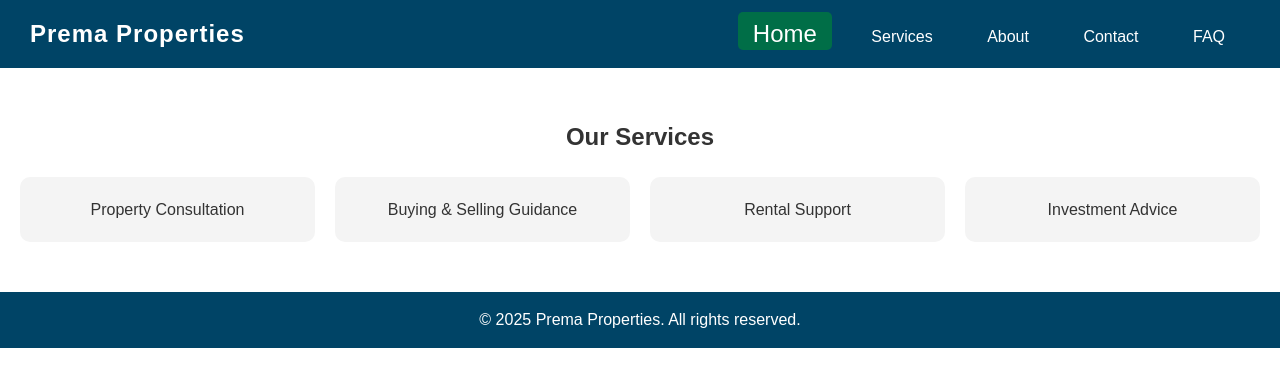
Repository: mnqobiMenzi/Prema-Properties
Page: services.html
These files come from the project's save history. The page is drawn as it stood at one moment and after the next save; the edit follows.
The browser window is 1280 px wide. The pictures show the whole page.
The pointer rests on the first visible `header nav a`.

Above is the page before, as saved 2025-10-04 08:39:49.

After the next save:
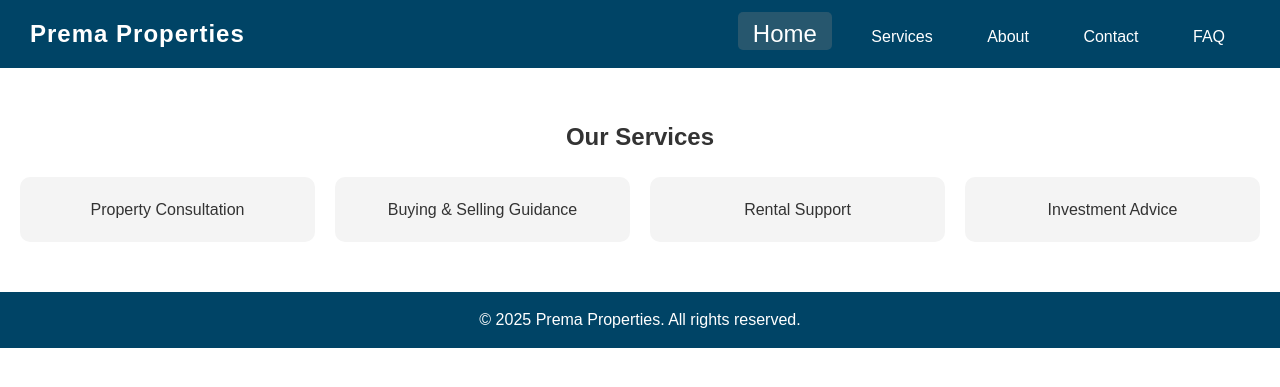
Saved 27 s later.
--- a/CSS/style.css
+++ b/CSS/style.css
@@ -44,7 +44,7 @@ header nav a {
 
 header nav a:hover {
   color: #fff;
-  background: rgba(0, 204, 0, 0.3);
+  background: rgba(128, 128, 128, 0.3);
   /* border-bottom: 2px solid #ffcc00; */
   padding-bottom: 3px;
   font-size: 1.5em;
